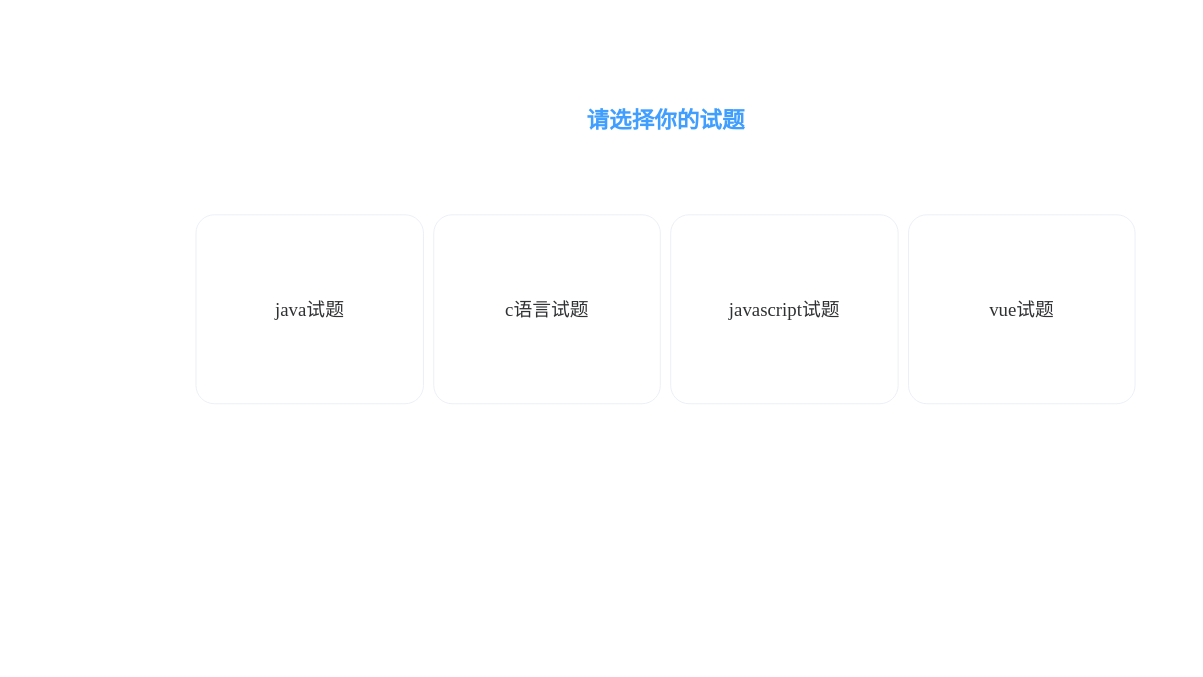
Repository: Fhup/OQP
Page: /home
These files come from the project's save history. The page is drawn as it stood at one moment and after the next save; the edit follows.
The browser window is 1280 px wide. The pictures show the whole page, at 94% of full size.
The project was rebuilt for these pictures with package versions that can differ from the ones it lists, and the page was loaded fresh each time.

Above is the page before, as saved 2021-11-28 08:38:33.

### index.html
<!DOCTYPE html>
<html>
  <head>
    <meta charset="utf-8">
    <meta name="viewport" content="width=device-width,initial-scale=1.0">
    <title>oqp</title>
  </head>
  <body>
    <div id="app"></div>
    <!-- built files will be auto injected -->
  </body>
</html>

### src/main.js
import Vue from 'vue'
import App from './App'
import router from './router'

import ElementUI from 'element-ui';
import 'element-ui/lib/theme-chalk/index.css';

Vue.config.productionTip = false


Vue.use(ElementUI);

new Vue({
    el: '#app',
    router,
    render: h => h(App)
})

### src/App.vue
<template>
  <div id="app">
    <router-view></router-view>
  </div>
</template>

<script>
export default {
    name: 'App',
}
</script>

<style scoped>
  @import url('assets/css/base.css');
</style>

### src/router/index.js
//配置路由相关的信息
import Vue from 'vue'
import Router from 'vue-router'

const home = () =>
    import ('views/home/home')
const login = () =>
    import ('views/login/login')



// Vue.use() 安装插件
Vue.use(Router);
// 对多次push进行处理
const originalPush = Router.prototype.push
Router.prototype.push = function push(location) {
    return originalPush.call(this, location).catch(err => err)
}

var routes = [{
        path: "",
        redirect: "/login"
    },
    {
        path: "/login",
        component: login
    },
    {
        path: "/home",
        component: home
    }
]

const router = new Router({
    mode: 'history',
    linkActiveClass: 'active',
    routes
})


//前置守卫(guard)
// router.beforeEach((to, from, next) => {
//     //从from到to 实现路由导航
//     document.title = to.matched[0].meta.title
//     next()
// })

//后置钩子(hook)
// router.afterEach((to, from) => {
//     // console.log('----------')
// })

export default router

### src/views/home/home.vue
<template>
<div class="home">
  <home-check/>
</div>
</template>

<script>
import homeCheck from './childCopms/homeCheck.vue';
export default {
  components: { homeCheck },
  name: 'Home',

  data() {
    return {

    };
  },

  mounted() {

  },

  methods: {

  },
};
</script>

<style scoped>

</style>

### src/views/home/childCopms/homeCheck.vue
<template>
  <div class="homecheck">
          <el-row>
        <el-col :span="24"><div class="top">
          <h2>请选择你的试题</h2>
        </div></el-col>
      </el-row>
      <el-row :gutter="10">
      <el-col :span="6"><div class="grid-content" @click="check('java')">
        <el-card shadow="hover" >
          java试题
        </el-card>
      </div></el-col>
      <el-col :span="6"><div class="grid-content" @click="check('c')">
        <el-card shadow="hover" >
          c语言试题
        </el-card>
      </div></el-col>
      <el-col :span="6"><div class="grid-content" @click="check('javascript')">
        <el-card shadow="hover" >
          javascript试题
        </el-card>
      </div></el-col>
      <el-col :span="6"><div class="grid-content" @click="check('vue')">
        <el-card shadow="hover">
          vue试题
        </el-card>
      </div></el-col>
    </el-row>
  <el-dialog
    :title="checked"
    :visible.sync="dialogVisible"
    width="30%"
    :before-close="handleClose">
    <div>
      <div class="block">
        <span class="demonstration">选择试题个数(默认为10个)</span>
        <el-slider
          v-model="value"
          :step="10"
          :min="10"
          show-stops>
        </el-slider>
      </div>
    </div>
    <span slot="footer" class="dialog-footer">
      <el-button @click="dialogVisible = false">取 消</el-button>
      <el-button type="primary" @click="dialogVisible = false">确 定</el-button>
    </span>
  </el-dialog>
  </div>
</template>

<script>
export default {
  name: 'homeCheck',

  data() {
    return {
      type:["java","c","javascript","vue"],
      dialogVisible: false,
      checked:null,
      value:[10,100]
    };
  },

  mounted() {

  },

  methods: {
    handleClose(done) {
        this.$confirm('确认关闭？')
          .then(_ => {
            done();
          })
          .catch(_ => {});
      },
    check(info){
      this.dialogVisible=true
      this.checked=info
    }
  },
};
</script>

<style scoped>
.homecheck{
    margin: 0 200px;
    min-width: 1000px;
    user-select: none;
  }
  .top{
    height: 200px;
    line-height: 200px;
    text-align: center;
  }
  h2{
    cursor: help;
    color:  #409EFF;
  }
</style>

<style>
  .homecheck .grid-content {
    min-height: 200px;
    min-width: 200px;
    height: 200px;
    border-radius: 20px;
    line-height: 160px;
    text-align: center;
    font-size: 20px;
    cursor: pointer;
  }
  .homecheck .el-card{
    height: 200px;
    border-radius: 20px;
  }
</style>

Loaded but not shown: src/assets/css/base.css (common file)

After the next save:
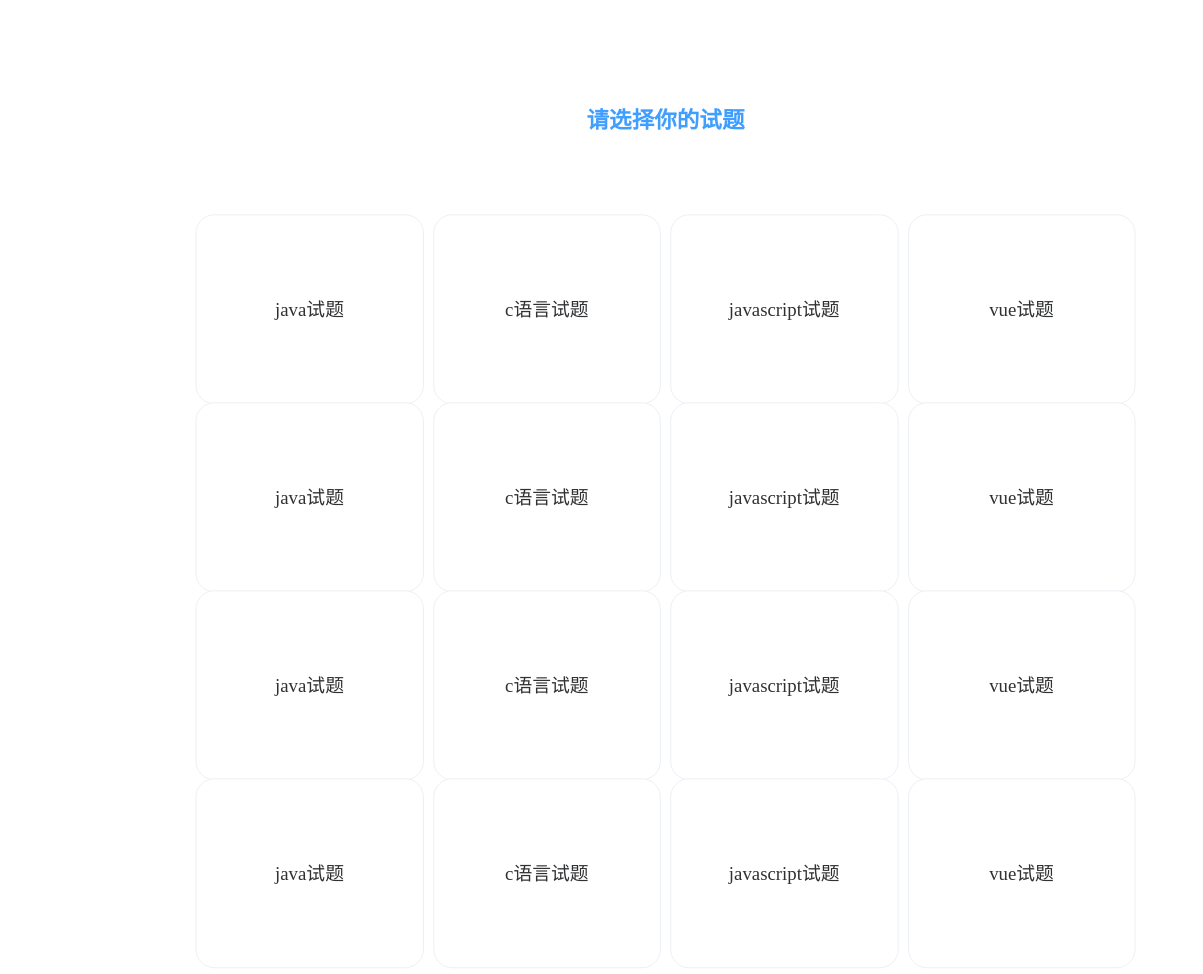
Saved 65 s later.
--- a/src/views/home/childCopms/homeCheck.vue
+++ b/src/views/home/childCopms/homeCheck.vue
@@ -5,7 +5,7 @@
           <h2>请选择你的试题</h2>
         </div></el-col>
       </el-row>
-      <el-row :gutter="10">
+      <el-row :gutter="10" v-for="item in type">
       <el-col :span="6"><div class="grid-content" @click="check('java')">
         <el-card shadow="hover" >
           java试题
